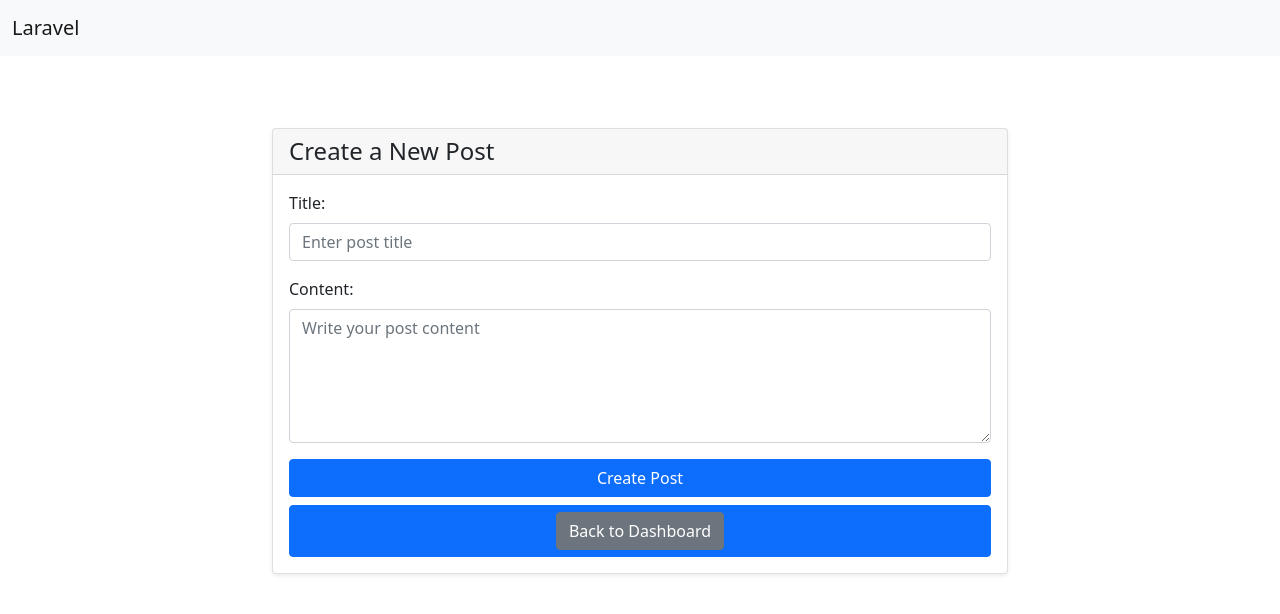
Repository: Abdulahi338/Authentication-using-laravel-11
Page: http://localhost/posts/create
These files come from the project's save history. The page is drawn as it stood at one moment and after a run of saves; the edit follows.
The browser window is 1280 px wide. The pictures show the whole page.
The page is served by the project's Laravel application, run on PHP 8.4 with Laravel 12. A made-up administrator, Test User (test@example.com), is signed in.

Above is the page before, as saved 2024-10-16 11:00:23.

After the next 2 saves:
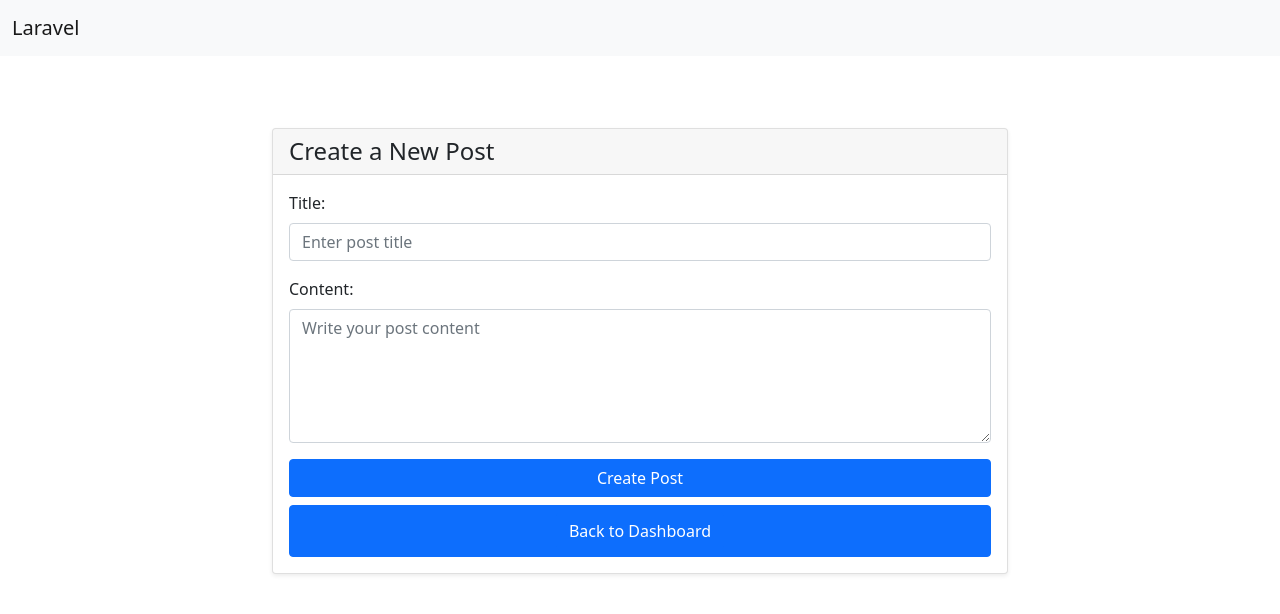
The 2 saves are shown as one change because they came seconds apart.
The last was saved 24 s later.
--- a/resources/views/posts/create.blade.php
+++ b/resources/views/posts/create.blade.php
@@ -36,7 +36,7 @@
 
                         <div class="d-grid gap-2">
                             <button type="submit" class="btn btn-primary btn-block">Create Post</button>
-                            <button type="submit" class="btn btn-primary btn-block"><a class="btn btn-secondary" href="{{ route('dashboard') }}">Back to Dashboard</a>
+                            <button type="submit" class="btn btn-primary btn-block"><a class="btn btn-primary" href="{{ route('dashboard') }}">Back to Dashboard</a>
                             </button>
                         </div>
                     </form>
